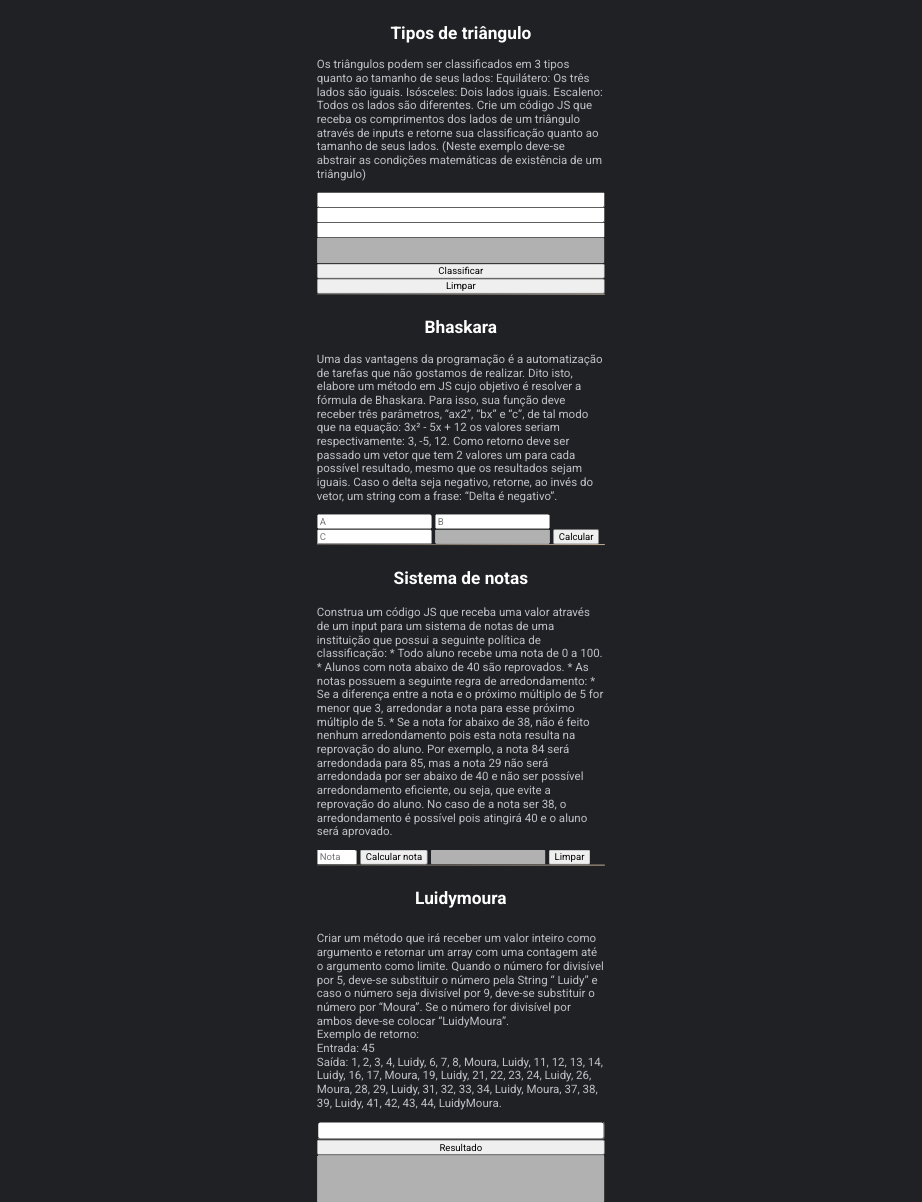
Repository: viviij/Fun-es-Simples-JavaScript
Page: index.html
These files come from the project's save history. The page is drawn as it stood at one moment and after the next save; the edit follows.
The browser window is 1280 px wide. The pictures show the whole page, at 72% of full size.

Above is the page before, as saved 2022-08-26 21:14:55.

After the next save:
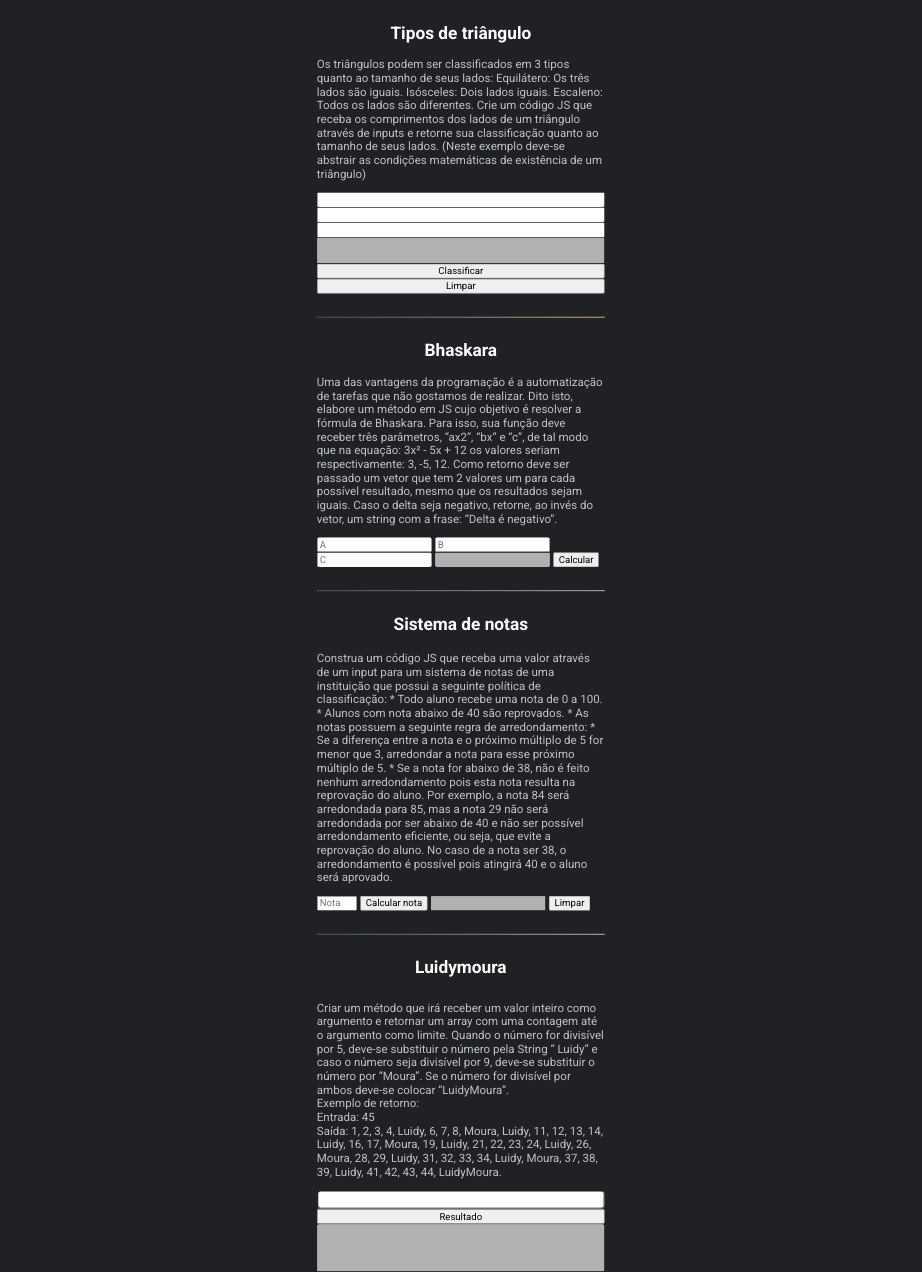
Saved 78 s later.
--- a/styles.css
+++ b/styles.css
@@ -54,6 +54,10 @@ ul {
 section {
   color: var(--text-color);
   margin-top: 2rem;
+}
+
+.linhaDeDivisaoDasQuestoes {
+  margin: 2rem 0;
 }
 
 .container .linhaDeDivisaoDasQuestoes {
